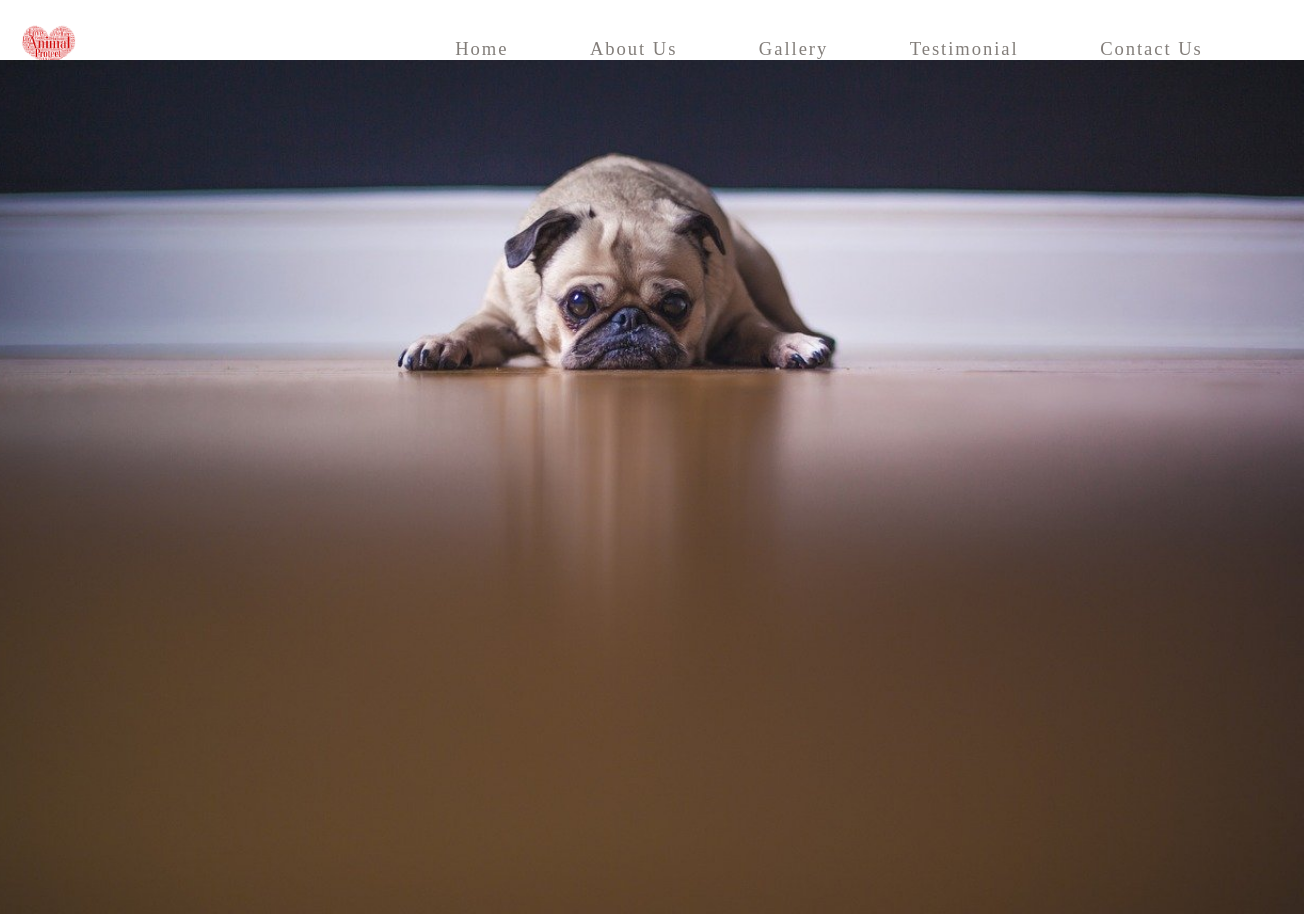
Repository: 4forces/HTML-CSS-LESSON
Page: lesson5-mobile-responsive/mobile.html
The author's editor kept a record of every edit. The page is drawn from the files as they stood at one moment, then again after the next edit.
The browser window is 1280 px wide. The page is 1344 px wide, then 1280 px, so the pictures cover 1344 px, including what lies to the right of the window. The pictures show the whole page, at 97% of full size.
Some web libraries are served in a nearby version.

Above is the page before.

### lesson5-mobile-responsive/mobile.html
<!DOCTYPE html>
<html lang="en">
<head>
    <meta charset="UTF-8">
    <meta name="viewport" content="width=device-width, initial-scale=1.0">
    <meta http-equiv="X-UA-Compatible" content="ie=edge">
    <!--Custom CSS-->
    <link rel="stylesheet" href="styles/mobile.css" type="text/css" />
    <title>Document</title>
</head>
<body>
    <!--navbar-->
    <header>
        <nav>
            <!--logo-->
            <img id='logo' src='images/logo.png' />
            <i class="fas fa-bars collapse"></i>
            <ul>
                <li><a href=''>Home</a></li>
                <li><a href=''>About Us</a></li>
                <li><a href=''>Gallery</a></li>
                <li><a href=''>Testimonial</a></li>
                <li><a href=''>Contact Us</a></li>
            </ul>
        </nav>
    </header>

    <!--hero image-->
    <section>
        <div id='hero-image'>
        </div>
    </section>
    <script type="text/javascript" src="https://cdnjs.cloudflare.com/ajax/libs/font-awesome/5.13.1/js/all.min.js"></script>
</body>
</html>

### lesson5-mobile-responsive/styles/mobile.css
/*screen size 0 - 375px small phone width*/
body {
    margin : 0;
    padding:0;
}
/*navbar*/
#logo {
    height:50px;
    margin-left:10px;
}
.collapse{
    font-size: 2em;
    margin-right:10px;
}
nav {
    display: flex;
    justify-content:space-between;
    background : transparent;
    margin : 0;
    padding : 10px 0;
}
nav ul {
    display: none;
}

/*hero-image*/
#hero-outer{
    height: 500px;
    width: 100%;
    overflow: hidden;
    position: relative;
}
#hero-image{
    height: 500px;
    background-image: url(../images/abandon-pup.jpg);
    background-repeat: no-repeat;
    background-size: cover;
    background-position: top;

    animation-name: zoom;
    animation-duration: 2s;
    animation-fill-mode: forwards;
    overflow: hidden;
}
@keyframes zoom {
    from {transform: scale(1)}
    to {transform: scale(1.1)}
}
#callout {
    color: white;
    background-color: black;
    position : absolute;
    bottom: 10%;
    left:50%;
    transform: translate(-50% -50%);
}


/*size 768px to any size bigger*/
@media only screen and (min-width:768px) {
    /*body {*/
    /*    background-color: #e0edcc;*/
    /*}*/
    #hero-image{
        height: 500px;
        /*background-image: url(../images/sad-dog.jpg);*/
    }
}

/*size 900px or bigger*/
@media only screen and (min-width:900px) {
    /*body {*/
    /*    background-color: #ede9d8;*/
    /*}*/
    #logo {
        padding:15px 10px ;
    }
    .collapse{
        display:none;
    }
    nav ul {
        display: block;
        margin: 0;
    }
    nav li {
        display:inline-block;
        margin : 20px;
        padding : 10px 20px;
    }
    nav li a {
        text-decoration : none;
        color : #827d79;
        font-size: 120%;
        letter-spacing: 2px;
    }
    #hero-image{
        height: 800px;
    }
}
/*size 1200px and bigger*/
@media only screen and (min-width:1200px) {
    /*body {*/
    /*    background-color: #eddad8;*/
    /*}*/
}

After the next edit:
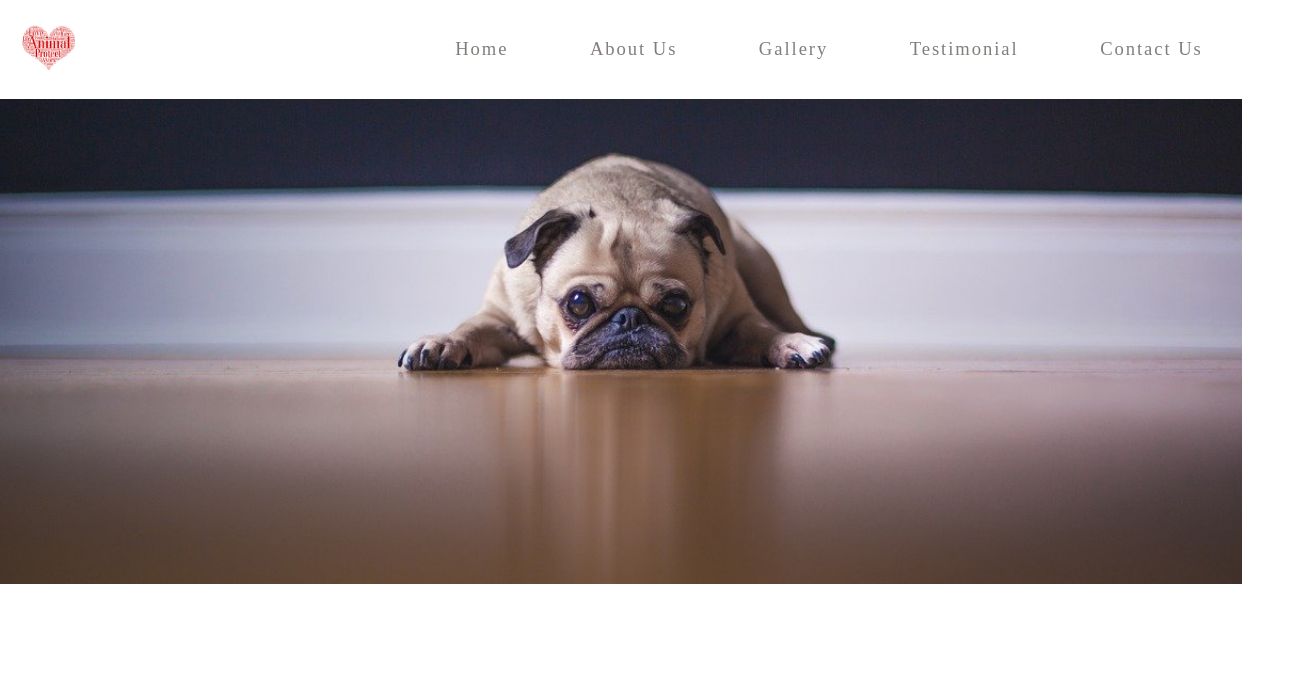
The edit:
--- a/lesson5-mobile-responsive/mobile.html
+++ b/lesson5-mobile-responsive/mobile.html
@@ -26,7 +26,7 @@
     </header>
 
     <!--hero image-->
-    <section>
+    <section id='hero-outer'>
         <div id='hero-image'>
         </div>
     </section>
